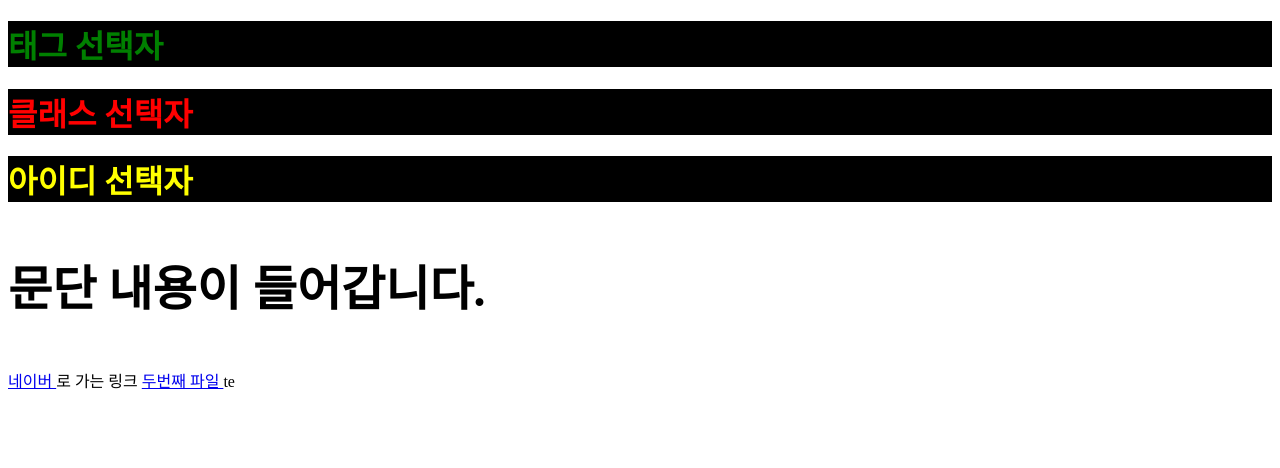
Repository: v0001/likelion
Page: 20200613/test.html
The author's editor kept a record of every edit. The page is drawn from the files as they stood at one moment, then again after the next edit.
The browser window is 1280 px wide. The pictures show the whole page.

Above is the page before.

### 20200613/test.html
<!DOCTYPE html>
<html lang="en">
<head>
    <meta charset="UTF-8">
    <meta name="viewport" content="width=device-width, initial-scale=1.0">
    <meta http-equiv="X-UA-Compatible" content="ie=edge">
    <title>신나는 토요일!!</title>
    <link rel="stylesheet" href="test.css" type="text/css" />
</head>
<body>

    <h1>태그 선택자</h1>
    <h1 class ="red-color">클래스 선택자</h1>
    <h1 id ="myid">아이디 선택자</h1>


    <P>문단 내용이 들어갑니다. </P>
    <!--<form method = "get">-->
    <!--    <input type = "text" name = "like" />-->
    <!--    <input type = "submit">-->
    <!--</form>-->

    <a href="https://www.naver.com/">네이버 </a> 로 가는 링크
    <a href="test2.html">두번째 파일 </a>
    <!--<img src="https://hips.hearstapps.com/hmg-prod.s3.amazonaws.com/images/sunflower-1508785046.jpg">-->

<!--내가 만든 첫 번째 홈-->
</body>
</html>te

### 20200613/test.css
h1{
    background:black;
    color: white;
}

p{
    font-weight:bold;
    font-size : 3rem;
}
h1{
    color: green;
}

.red-color{
    color:red;
}
#myid{
    color:yellow;
}

@media(max-width :768px){
/*UI사이즈에 따라 Style 변환이 가능*/
    body{
        background:brown;
    }

}


div{
    border:1px solid black;
    display:inline;
    width : 150px;
    height: 200px;
    padding:10px;
    box-sizing : border-box;
    font-size : 0.5rem;
    text-align : center;
}

#box3{
    width : 100px;
    height : 50px;
    border-radius : 15%;
    position:relative;
    left : 100px;
    top : 100px;
}

#box2{
    position:fixed;

}

After the next edit:
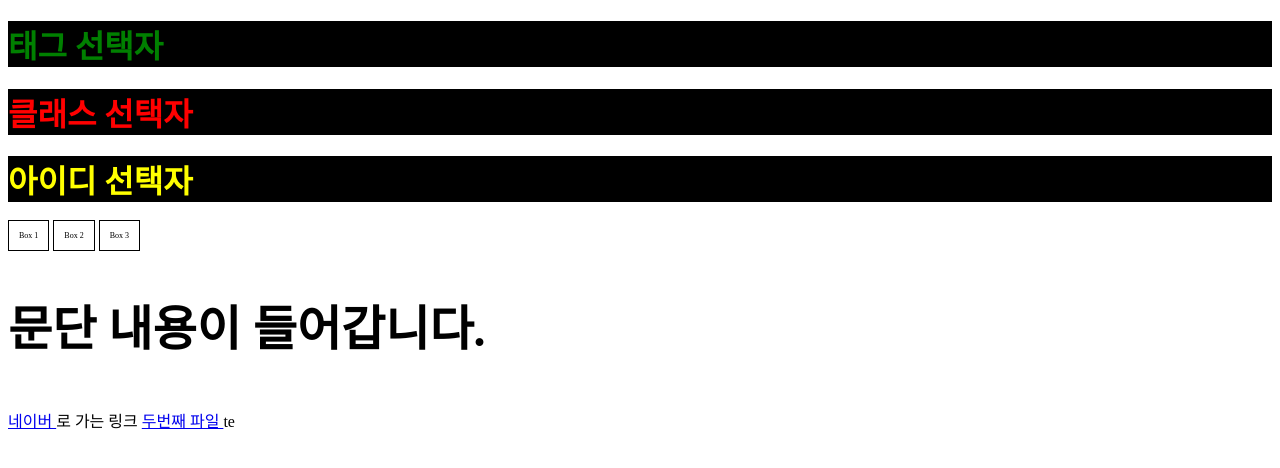
The edit:
--- a/20200613/test.html
+++ b/20200613/test.html
@@ -13,6 +13,10 @@
     <h1 class ="red-color">클래스 선택자</h1>
     <h1 id ="myid">아이디 선택자</h1>
 
+    <div>Box 1</div>
+    <div>Box 2</div>
+    <div>Box 3</div>
+
 
     <P>문단 내용이 들어갑니다. </P>
     <!--<form method = "get">-->
